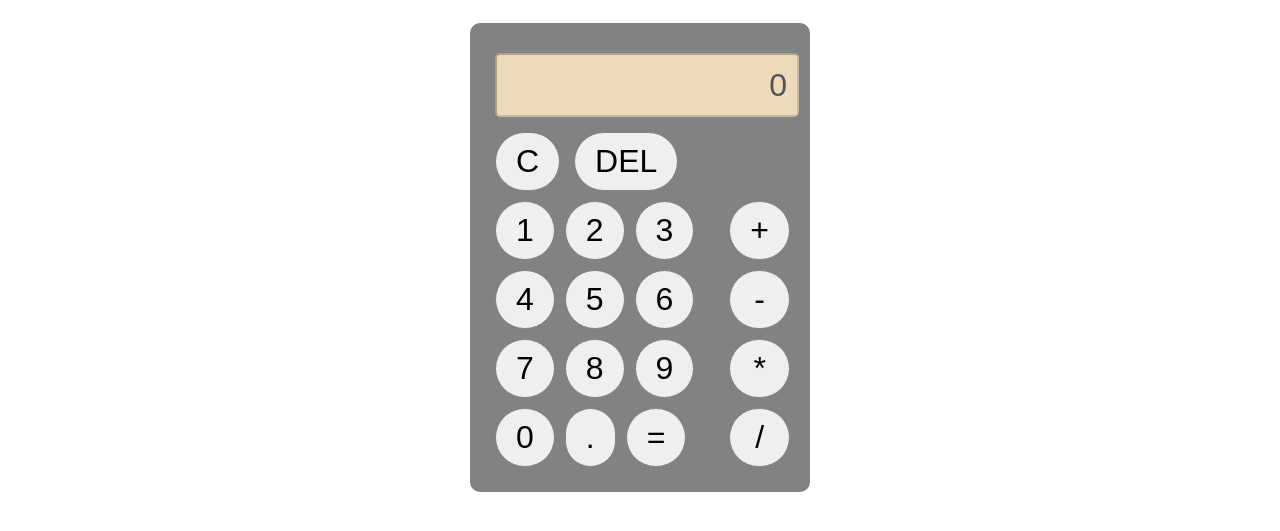
Repository: jaskeat/Calculator
Page: index.html
The author's editor kept a copy of each file at every save. The page is drawn from the files as they stood at one save, then again after the next save.
The browser window is 1280 px wide. The pictures show the whole page.

Above is the page before, as saved 2024-09-05 13:30:56.

### index.html
<!DOCTYPE html>
<html lang="en">
	<head>
		<meta charset="UTF-8" />
		<meta name="viewport" content="width=device-width, initial-scale=1.0" />
		<title>Calculator</title>
		<link rel="stylesheet" href="style.css" />
	</head>
	<body>
		<div class="calculator">
			<div class="display">
				<input type="text" class="display-input" value="0" disabled />
			</div>

			<div class="extrabtn">
				<button class="btn" onclick="clearDisplay()">C</button>
				<button class="btn" onclick="deleteLast()">DEL</button>
			</div>

			<div class="buttons">
				<div class="operators">
					<button class="btn" onclick="append('+')">+</button>
					<button class="btn" onclick="append('-')">-</button>
					<button class="btn" onclick="append('*')">*</button>
					<button class="btn" onclick="append('/')">/</button>
				</div>

				<div class="numbers">
					<button class="btn" onclick="append('1')">1</button>
					<button class="btn" onclick="append('2')">2</button>
					<button class="btn" onclick="append('3')">3</button>
					<button class="btn" onclick="append('4')">4</button>
					<button class="btn" onclick="append('5')">5</button>
					<button class="btn" onclick="append('6')">6</button>
					<button class="btn" onclick="append('7')">7</button>
					<button class="btn" onclick="append('8')">8</button>
					<button class="btn" onclick="append('9')">9</button>
					<button class="btn" onclick="append('0')">0</button>
					<button class="btn" onclick="append('.')">.</button>
					<button class="btn" onclick="calculate()">=</button>
				</div>
			</div>
		</div>
		<script src="script.js"></script>
	</body>
</html>

### style.css
:root {
	--primary-color: #2b2c2c;
	--button-color: #424343;
	--operator-color: #ff9f0b;
}

body {
	display: flex;
	justify-content: center;
	align-items: center;
}

.calculator {
	width: 300px;
	max-width: 600px;
	height: auto;
	margin: 15px;
	padding: 20px;
	background-color: rgb(130, 130, 130);
	border-radius: 10px;
}

button {
	border-radius: 30px;
	border: 1px grey solid;
	font-size: 1.3rem;
}

button:hover {
	background-color: lightgrey;
	cursor: pointer;
}

input {
	width: 280px;
	height: 50px;
	font-size: 2rem;
	text-align: right;
	border-radius: 5px;
	margin: 10px 5px;
	background-color: rgb(237, 218, 187);
	padding: 5px 10px;
}

.operators {
	display: flex;
	flex-direction: column;
	width: auto;
}

.operators button {
	width: auto;
	height: auto;
	margin: 5px 0;
}

.numbers {
	display: flex;
	flex-wrap: wrap;
	height: auto;
	width: 250px;
}

.buttons {
	display: flex;
	flex-direction: row-reverse;
	justify-content: space-between;
	font-size: 2rem;
}

.btn {
	font-size: 2rem;
	padding: 10px 20px;
	margin: 5px;
}

Loaded but not shown: script.js (no copy from this time; the picture is the same without it)

After the next save:
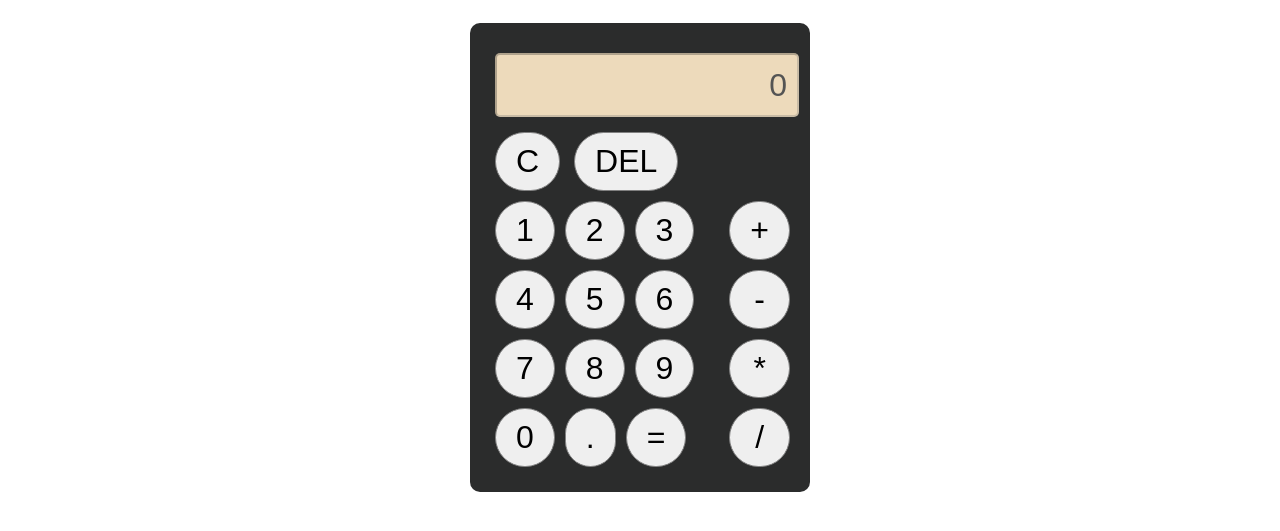
Saved 14 s later.
--- a/style.css
+++ b/style.css
@@ -16,7 +16,7 @@ body {
 	height: auto;
 	margin: 15px;
 	padding: 20px;
-	background-color: rgb(130, 130, 130);
+	background-color: var(--primary-color);
 	border-radius: 10px;
 }
 
